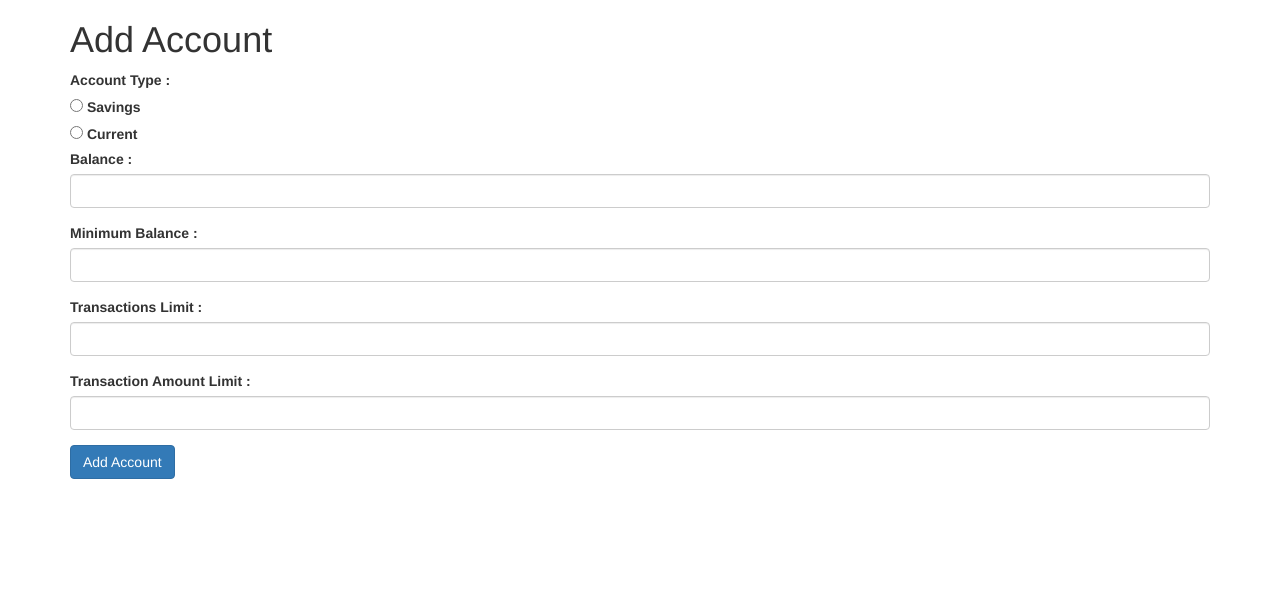
Repository: Shubham-Gawade/SpringHibernateTraining
Page: http://localhost/xorbankonline/WEB-INF/pages/addaccount.jsp
These files come from the project's save history. The page is drawn as it stood at one moment and after the next save; the edit follows.
The browser window is 1280 px wide. The pictures show the whole page.
The page is served by Tomcat 9. Nobody is signed in. Other server files are loaded and not shown. The template is opened directly, without the code that normally fills it, so the values that code supplies are empty.

Above is the page before, as saved 2021-10-07 06:21:24.

### xorbankonline/src/main/webapp/WEB-INF/pages/addaccount.jsp
<%@ page language="java" contentType="text/html; charset=ISO-8859-1"
    pageEncoding="ISO-8859-1"%>
<%@ taglib prefix="form" uri="http://www.springframework.org/tags/form" %>
<!DOCTYPE html>
<html>
<head>
<meta charset="ISO-8859-1">
<title>Insert title here</title>
<link rel="stylesheet" href="https://maxcdn.bootstrapcdn.com/bootstrap/3.3.7/css/bootstrap.min.css">
</head>
<body class="container">
	<h1>Add Account</h1>
	<form:form action="addaccount" method="post" modelAttribute="accountObj">
        <label >Account Type :</label>
        <div class="form-check form-check-inline">
            <input class="form-check-input" type="radio" name="inlineRadioOptions" name="accountType" value="SAVINGS">
            <label class="form-check-label" >Savings</label>
        </div>
        <div class="form-check form-check-inline">
            <input class="form-check-input" type="radio" name="inlineRadioOptions" name="accountType" value="CURRENT">
            <label class="form-check-label" >Current</label>
        </div>
        <div class="form-group">
			<label for="balance">Balance :</label>
			<form:input type="text" path="balance" class="form-control"
				name="balance" />
		</div>
		<div class="form-group">
			<label for="minimumBalance">Minimum Balance :</label>
			<form:input type="text" path="minimumBalance" class="form-control"
				name="minimumBalance" />
		</div>
		<div class="form-group">
			<label for="transactionsLimit">Transactions Limit :</label>
			<form:input type="text" path="transactionsLimit" class="form-control"
				name="transactionsLimit" />
		</div>
		<div class="form-group">
			<label for="transactionAmountLimit">Transaction Amount Limit :</label>
			<form:input type="text" path="transactionAmountLimit" class="form-control"
				name="transactionAmountLimit" />
		</div>
		<input class="btn btn-primary" type="submit" value="Add Account"/>
	</form:form>
</body>
</html>

After the next save:
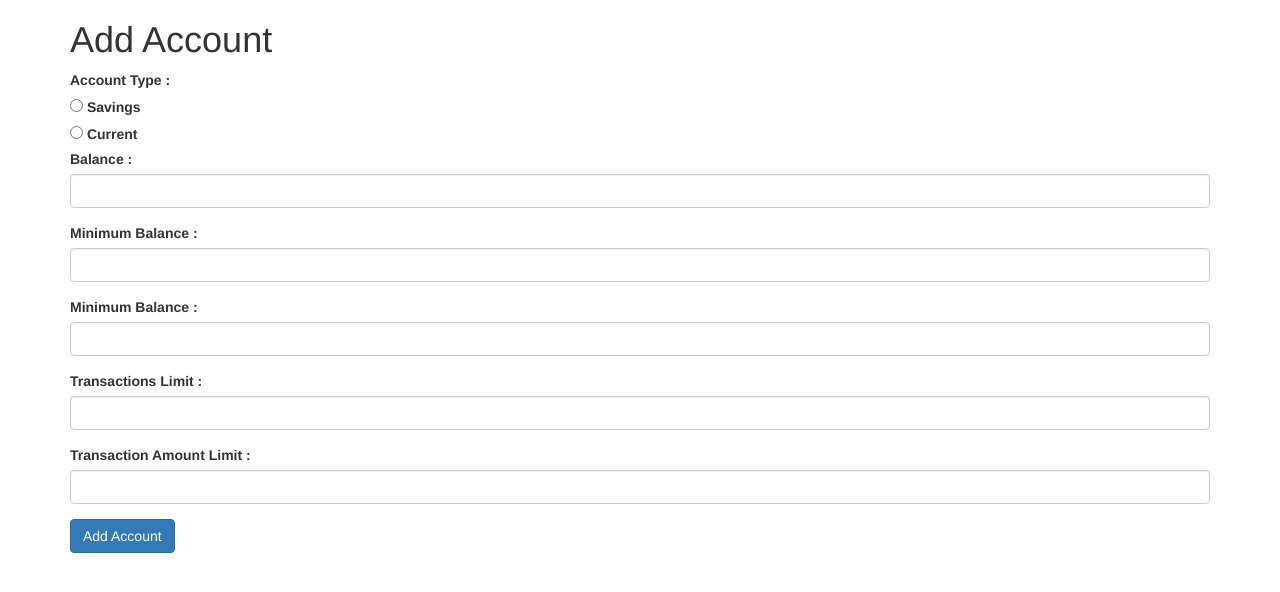
Saved 18 s later.
--- a/xorbankonline/src/main/webapp/WEB-INF/pages/addaccount.jsp
+++ b/xorbankonline/src/main/webapp/WEB-INF/pages/addaccount.jsp
@@ -31,6 +31,11 @@
 				name="minimumBalance" />
 		</div>
 		<div class="form-group">
+			<label for="minimumBalance">Minimum Balance :</label>
+			<form:input type="text" path="minimumBalance" class="form-control"
+				name="minimumBalance" />
+		</div>
+		<div class="form-group">
 			<label for="transactionsLimit">Transactions Limit :</label>
 			<form:input type="text" path="transactionsLimit" class="form-control"
 				name="transactionsLimit" />
